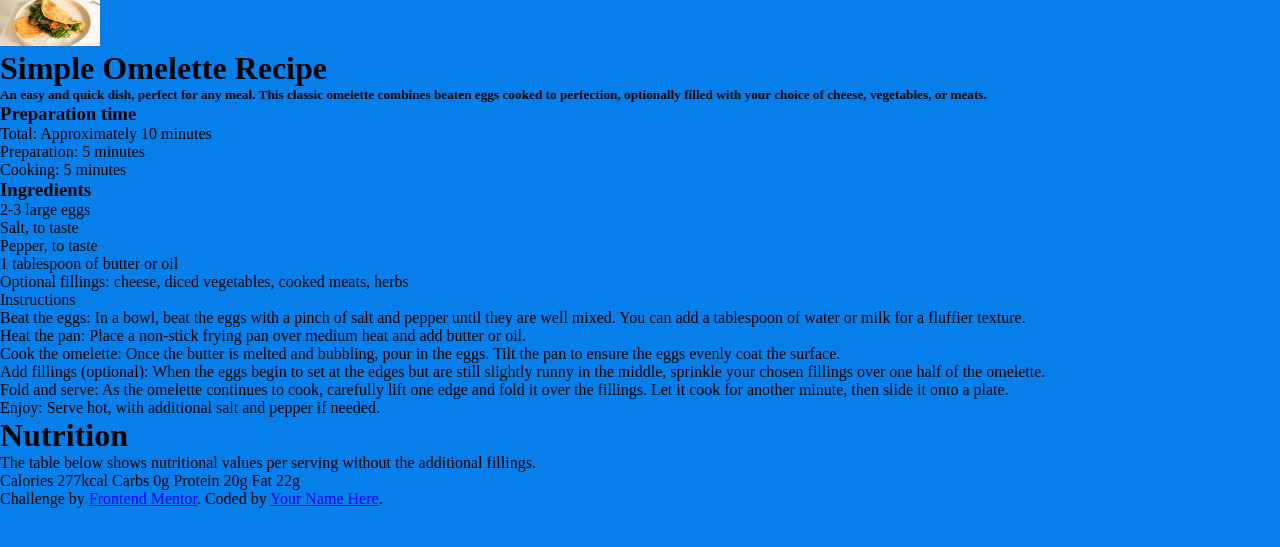
Repository: sodmaq/recipe-page-
Page: index.html
These files come from the project's save history. The page is drawn as it stood at one moment and after the next save; the edit follows.
The browser window is 1280 px wide. The pictures show the whole page.

Above is the page before, as saved 2024-09-07 12:49:53.

### index.html
<!DOCTYPE html>
<html lang="en">
  <head>
    <meta charset="UTF-8" />
    <meta name="viewport" content="width=device-width, initial-scale=1.0" />
    <!-- displays site properly based on user's device -->
    <link rel="stylesheet" href="style.css" />

    <link
      rel="icon"
      type="image/png"
      sizes="32x32"
      href="./assets/images/favicon-32x32.png"
    />

    <title>Frontend Mentor | Recipe page</title>

    <!-- Feel free to remove these styles or customise in your own stylesheet 👍 -->
    <!-- <style>
      .attribution {
        font-size: 11px;
        text-align: center;
      }
      .attribution a {
        color: hsl(228, 45%, 44%);
      }
    </style> -->
  </head>
  <body>
    <img src="/assets/images/image-omelette.jpeg" alt="" />
    <h1>Simple Omelette Recipe</h1>
    <h5>
      An easy and quick dish, perfect for any meal. This classic omelette
      combines beaten eggs cooked to perfection, optionally filled with your
      choice of cheese, vegetables, or meats.
    </h5>
    <h3>Preparation time</h3>
    <ul>
      <li>Total: Approximately 10 minutes</li>
      <li>Preparation: 5 minutes</li>
      <li>Cooking: 5 minutes</li>
    </ul>

    <h3>Ingredients</h3>
    <ul>
      <li>2-3 large eggs</li>
      <li>Salt, to taste</li>
      <li>Pepper, to taste</li>
      <li>1 tablespoon of butter or oil</li>
      <li>Optional fillings: cheese, diced vegetables, cooked meats, herbs</li>
    </ul>
    <p>Instructions</p>

    <ol>
      <li>
        Beat the eggs: In a bowl, beat the eggs with a pinch of salt and pepper
        until they are well mixed. You can add a tablespoon of water or milk for
        a fluffier texture.
      </li>
      <li>
        Heat the pan: Place a non-stick frying pan over medium heat and add
        butter or oil.
      </li>
      <li>
        Cook the omelette: Once the butter is melted and bubbling, pour in the
        eggs. Tilt the pan to ensure the eggs evenly coat the surface.
      </li>
      <li>
        Add fillings (optional): When the eggs begin to set at the edges but are
        still slightly runny in the middle, sprinkle your chosen fillings over
        one half of the omelette.
      </li>
      <li>
        Fold and serve: As the omelette continues to cook, carefully lift one
        edge and fold it over the fillings. Let it cook for another minute, then
        slide it onto a plate.
      </li>
      <li>Enjoy: Serve hot, with additional salt and pepper if needed.</li>
    </ol>

    <h1>Nutrition</h1>
    <p>
      The table below shows nutritional values per serving without the
      additional fillings.
    </p>

    Calories 277kcal Carbs 0g Protein 20g Fat 22g

    <div class="attribution">
      Challenge by
      <a href="https://www.frontendmentor.io?ref=challenge" target="_blank"
        >Frontend Mentor</a
      >. Coded by <a href="#">Your Name Here</a>.
    </div>
  </body>
</html>

### style.css
* {
  margin: 0;
  padding: 0;
  box-sizing: border-box;
}
body {
  background-color: rgb(6, 127, 234);
}
img {
  width: 100px;
}

After the next save:
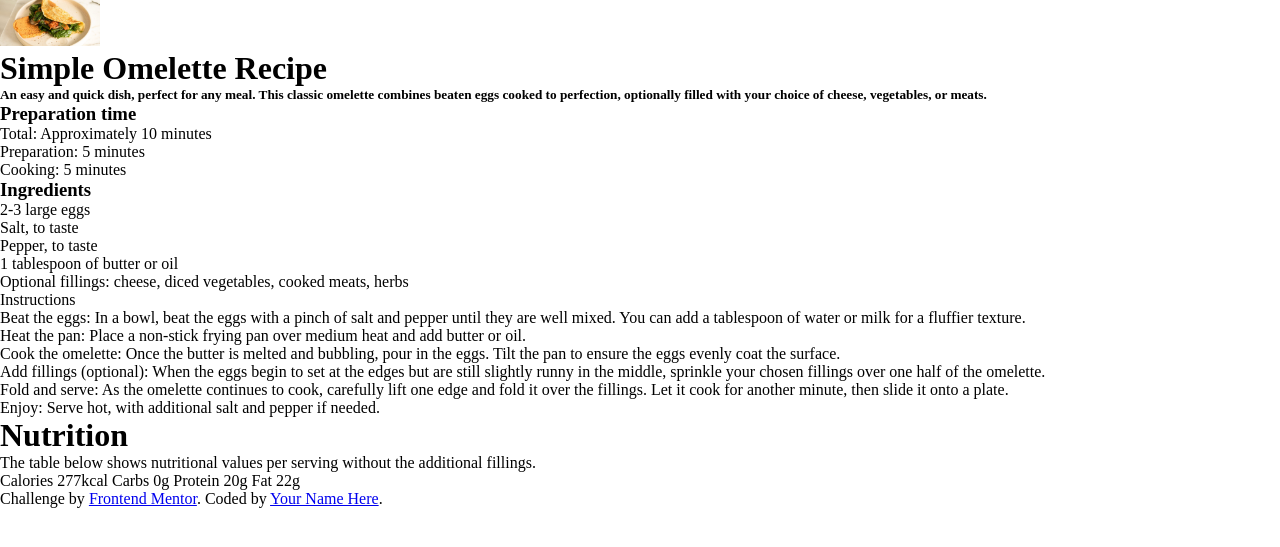
Saved 93 s later.
--- a/style.css
+++ b/style.css
@@ -4,7 +4,7 @@
   box-sizing: border-box;
 }
 body {
-  background-color: rgb(6, 127, 234);
+  background-color: rgb(0, 0, 100%);
 }
 img {
   width: 100px;
